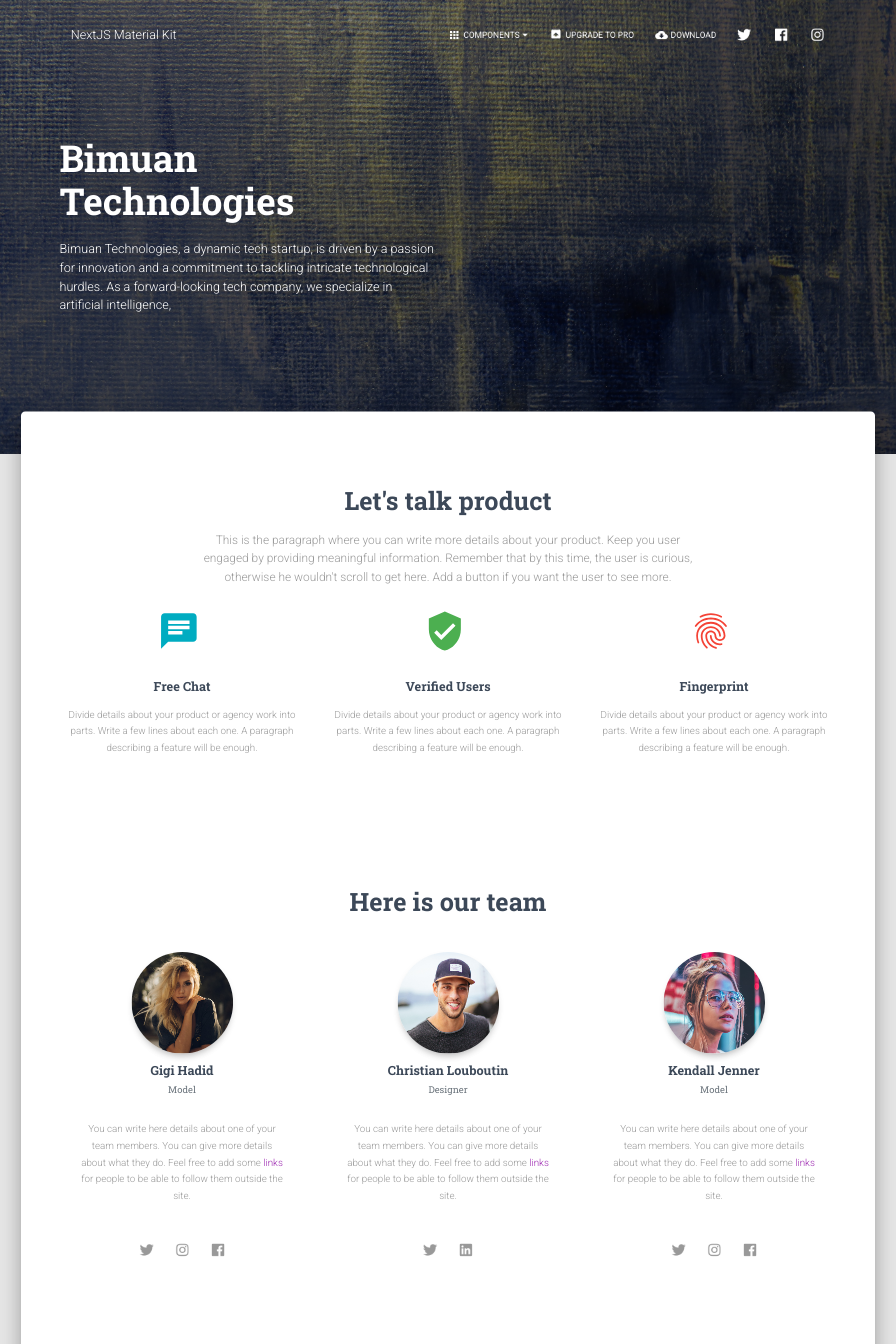
Repository: marcusdashe/bimuan-tech
Page: /
The author's editor kept a copy of each file at every save. The page is drawn from the files as they stood at one save, then again after the next save.
The browser window is 1280 px wide. The pictures show the part of the page from y = 0 to 1920 px (the page is 2679 px tall), at 70% of full size.
Some web libraries are served in a nearby version. The project was rebuilt for these pictures with package versions that can differ from the ones it lists, and the page was loaded fresh each time. The framework's server and built-in components were replaced by stand-ins that run in the browser. Also part of the build but not shown: next.config.js.

Above is the page before, as saved 2023-10-30 13:45:16.

After the next save:
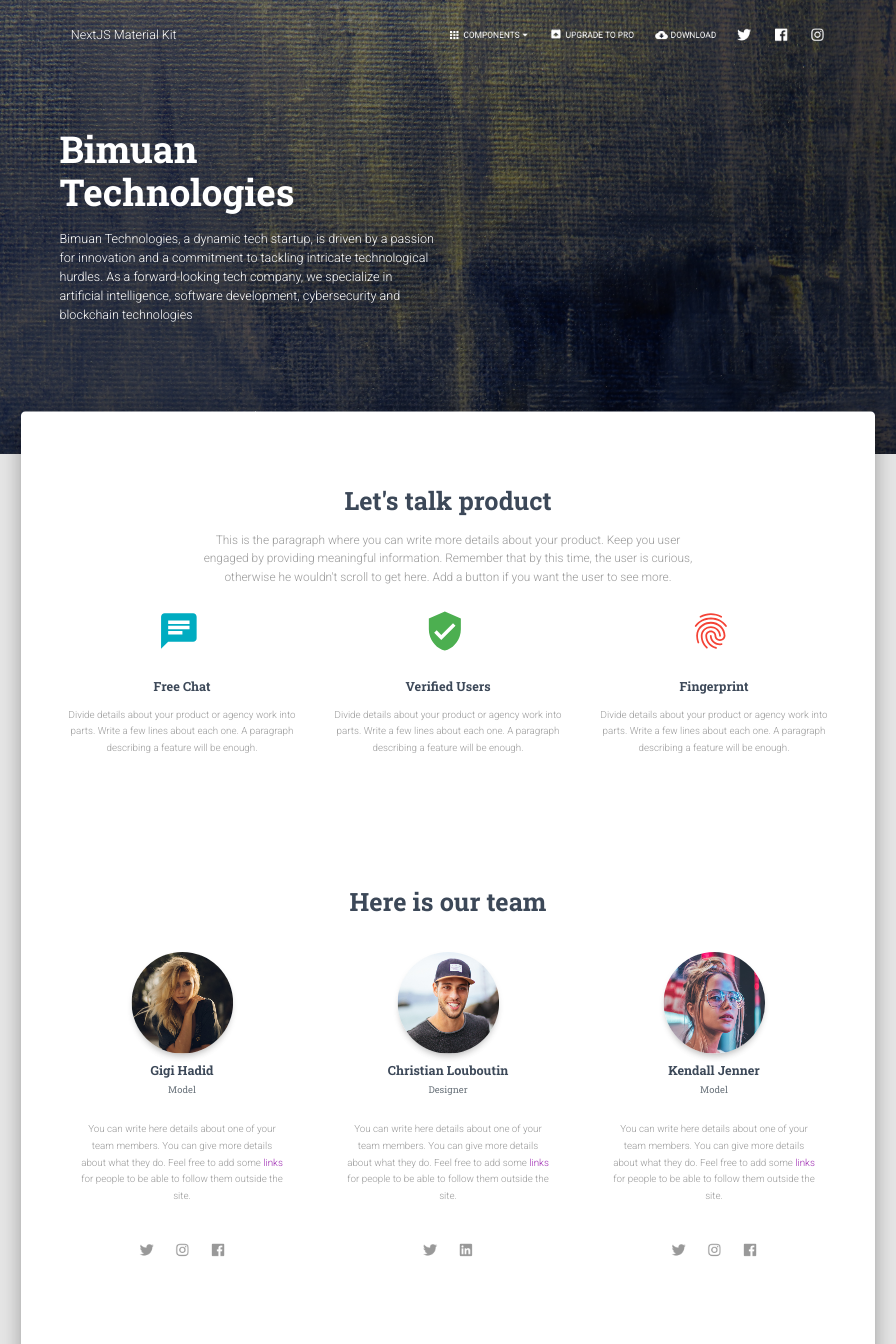
Saved 108 s later.
--- a/pages/index.js
+++ b/pages/index.js
@@ -65,7 +65,8 @@
                 Bimuan Technologies, a dynamic tech startup, is driven by a
                 passion for innovation and a commitment to tackling intricate
                 technological hurdles. As a forward-looking tech company, we
-                specialize in artificial intelligence,
+                specialize in artificial intelligence, software development,
+                cybersecurity and blockchain technologies
               </h4>
               <br />
               {/* <Button
